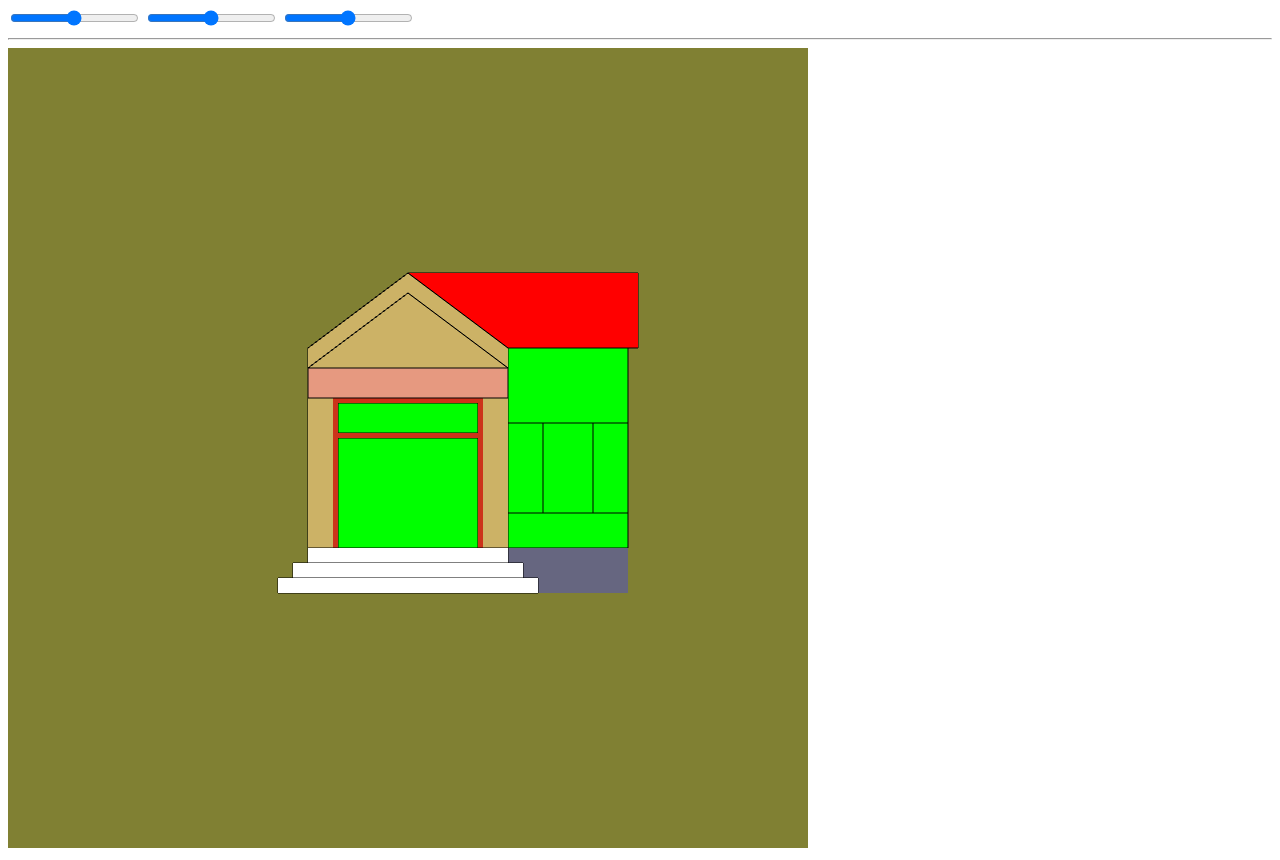
Repository: JoinGame-A36664/Build-House-WebGL
Page: index.html
These files come from the project's save history. The page is drawn as it stood at one moment and after the next save; the edit follows.
The browser window is 1280 px wide. The pictures show the whole page.

Above is the page before, as saved 2021-10-25 10:25:25.
Console error: ReferenceError: program is not defined

After the next save:
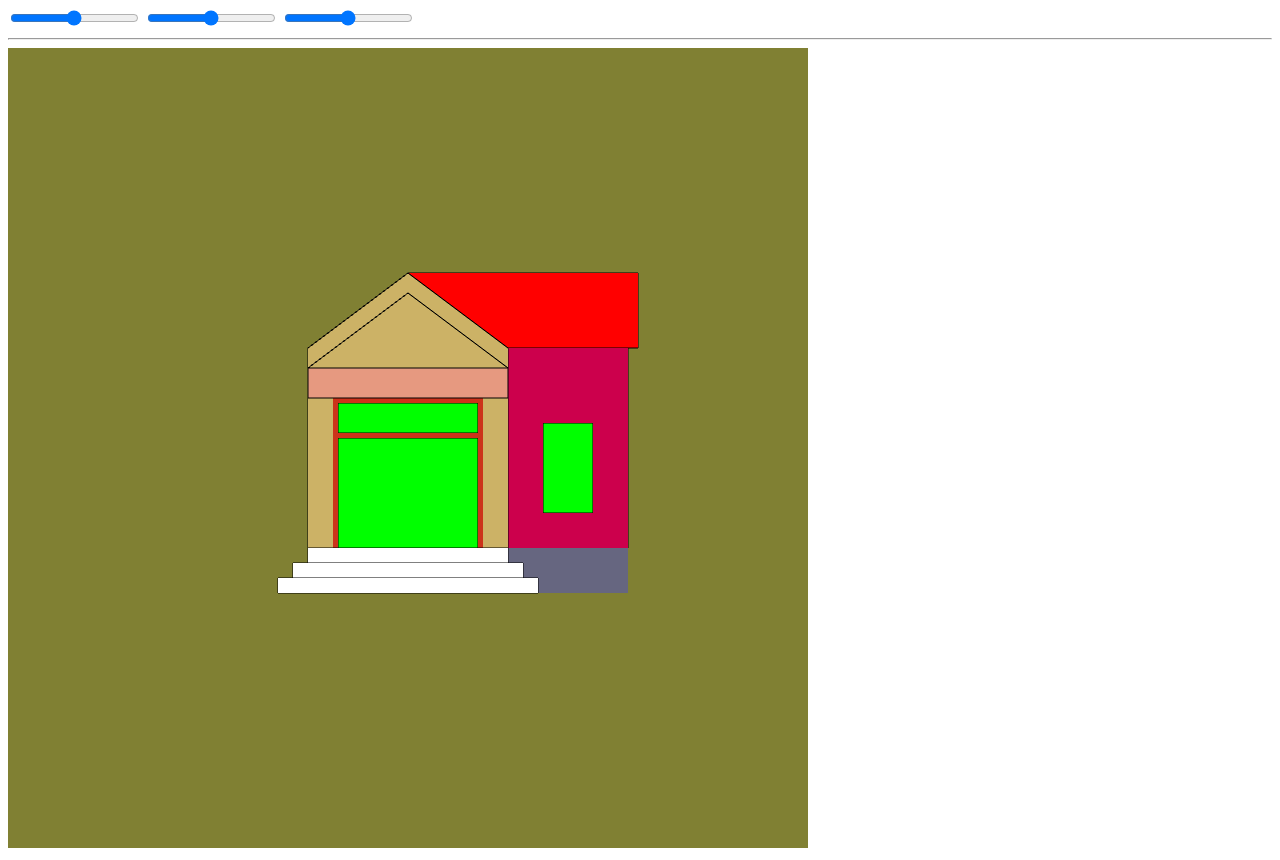
Saved 5 s later.
--- a/Bietthu1.js
+++ b/Bietthu1.js
@@ -212,10 +212,10 @@ function buildHouse(program, vertices, vertexColors) // Truyền vào những g
                     wall(program, vertices[9], vertices[43], vertices[42], vertices[37], vertexColors[6]);
 
 
-                    // wall(program, vertices[30], vertices[44], vertices[52], vertices[32], vertexColors[5]);
-                    // wall(program, vertices[32], vertices[46], vertices[49], vertices[42], vertexColors[5]);
-                    // wall(program, vertices[47], vertices[52], vertices[53], vertices[48], vertexColors[5]);
-                    // wall(program, vertices[42], vertices[43], vertices[45], vertices[53], vertexColors[5]);
+                    wall(program, vertices[30], vertices[44], vertices[52], vertices[32], vertexColors[5]);
+                    wall(program, vertices[32], vertices[46], vertices[49], vertices[42], vertexColors[5]);
+                    wall(program, vertices[47], vertices[52], vertices[53], vertices[48], vertexColors[5]);
+                    wall(program, vertices[42], vertices[43], vertices[45], vertices[53], vertexColors[5]);
 
                     wall(program, vertices[45], vertices[51], vertices[55], vertices[45], vertexColors[4]);
                     wall(program, vertices[50], vertices[51], vertices[45], vertices[44], vertexColors[4]);
